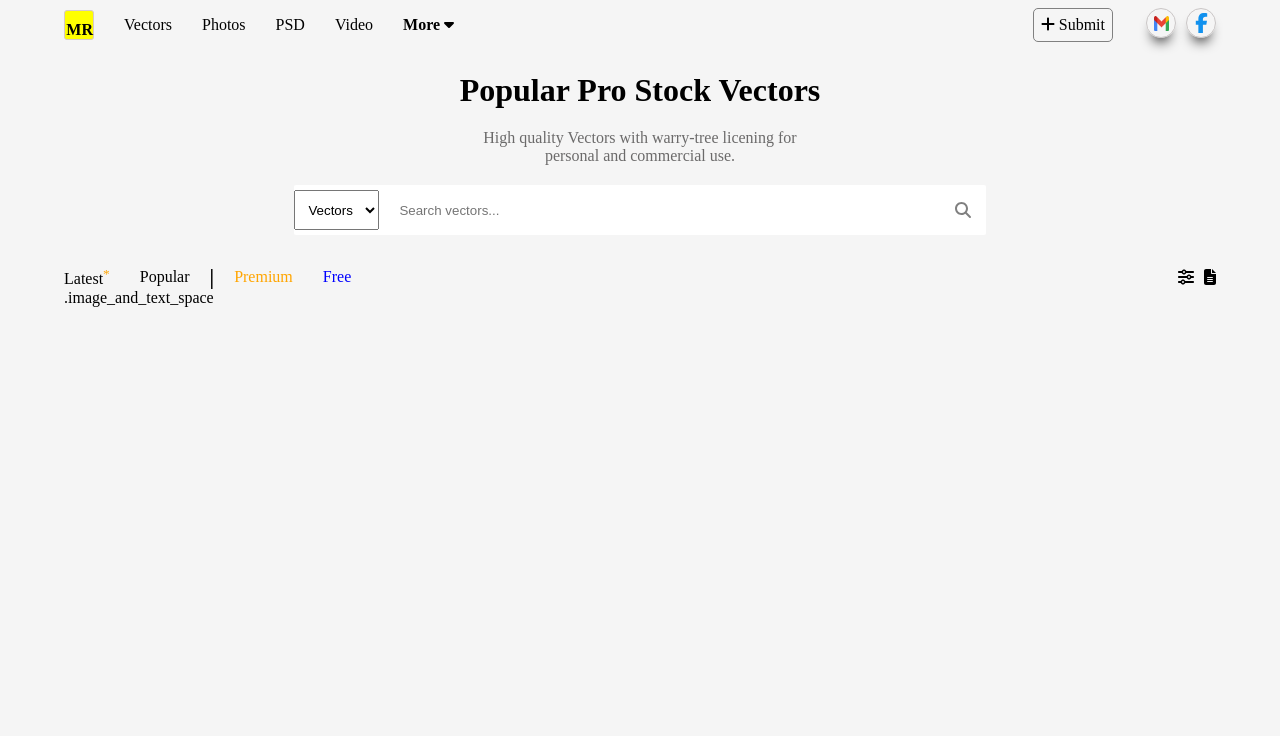
Repository: kegbaDev/VectorTemplate
Page: /
The author's editor kept a copy of each file at every save. The page is drawn from the files as they stood at one save, then again after a run of saves.
The browser window is 1280 px wide. The pictures show the whole page.
The project was rebuilt for these pictures with package versions that can differ from the ones it lists, and the page was loaded fresh each time. Also part of the build but not shown: vite.config.js.

Above is the page before, as saved 2023-04-11 23:34:46.

After the next 2 saves:
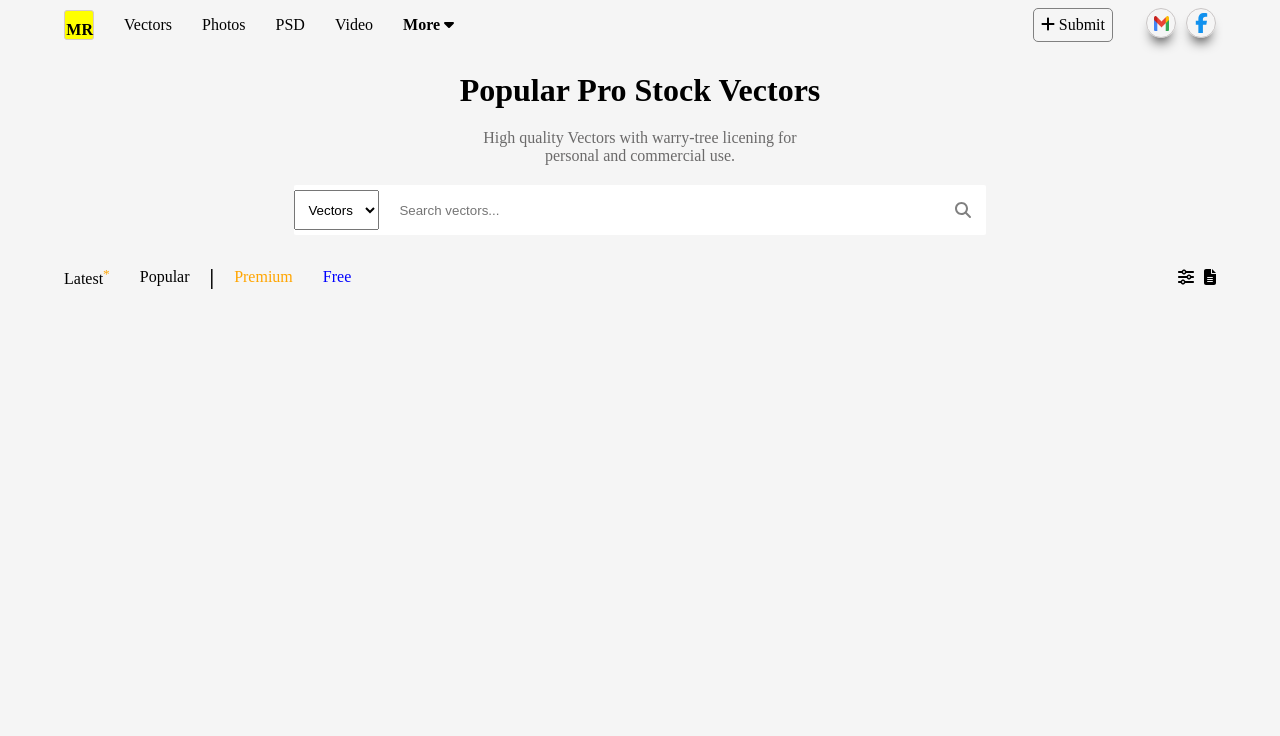
The 2 saves are shown as one change because they came seconds apart.
The last was saved 7 s later.
--- a/src/App.vue
+++ b/src/App.vue
@@ -73,7 +73,9 @@
 
   <div class="card_content">
     <div class="card">
-      .image_and_text_space
+      <div class="image_and_text_space">
+
+      </div>
     </div>
   </div>
 </div>
